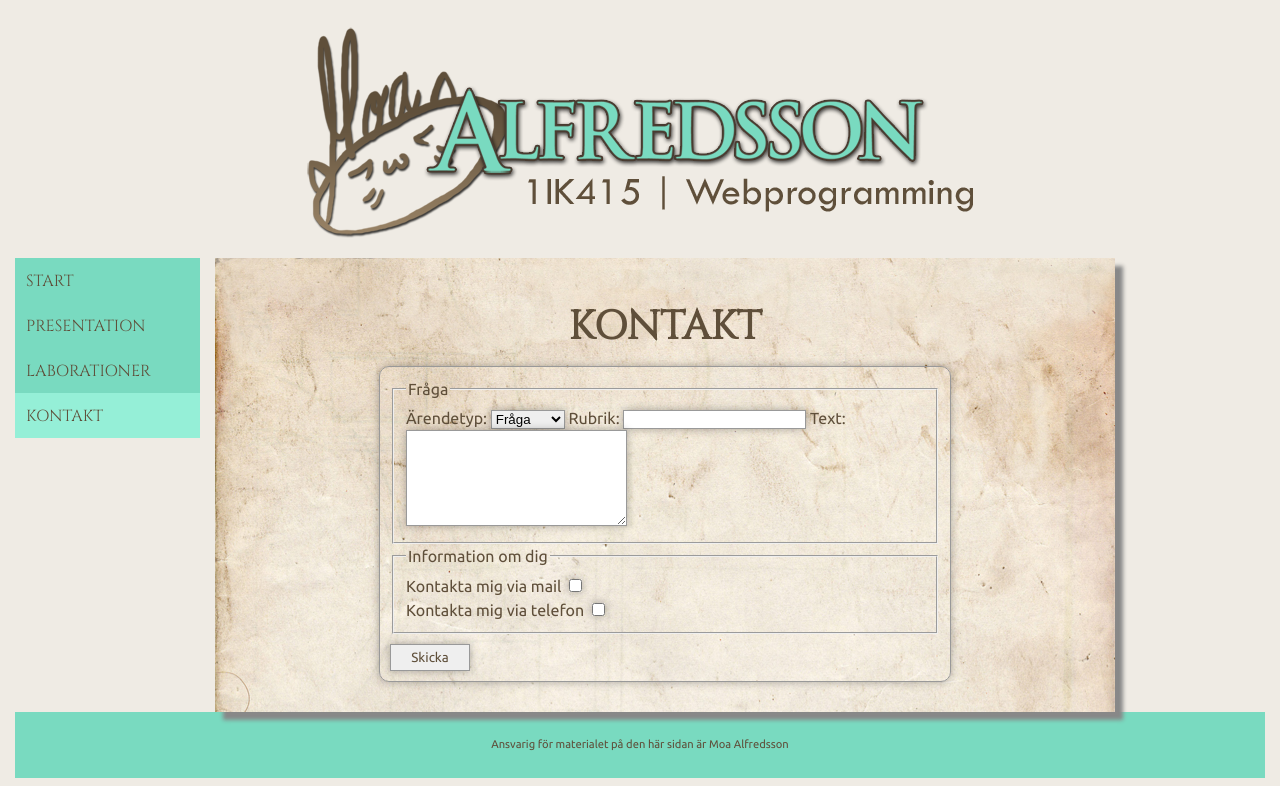
Repository: ma223md/1ik415
Page: pages/kontakt.html
The author's editor kept a record of every edit. The page is drawn from the files as they stood at one moment, then again after the next edit.
The browser window is 1280 px wide. The pictures show the whole page.

Above is the page before.

After the next edit:
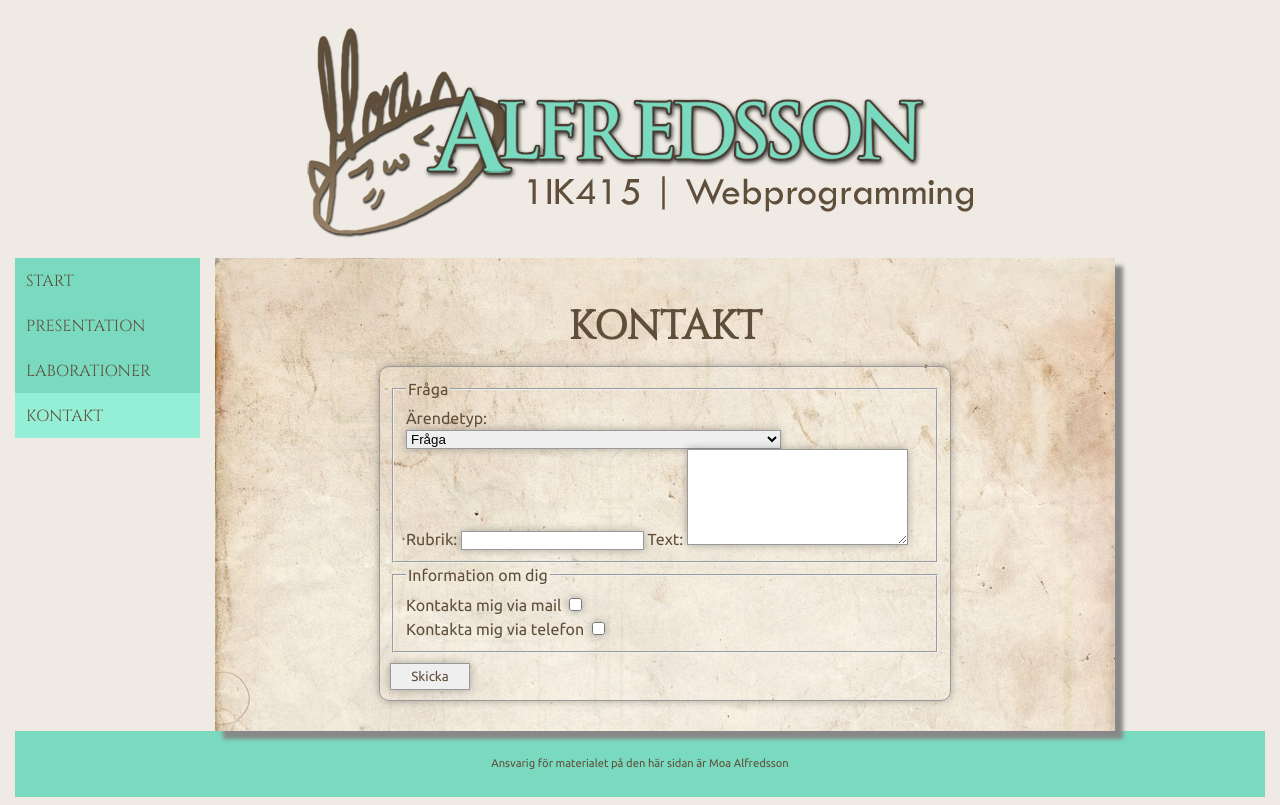
The edit:
--- a/pages/kontakt.html
+++ b/pages/kontakt.html
@@ -26,7 +26,7 @@
                     <fieldset>
                         <legend>Fråga</legend>
                         <span>Ärendetyp:</span>
-                        <select name="errand" class="test">
+                        <select name="errand" class="fillIn">
                             <option value="question">Fråga</option>
                             <option value="greeting">Hälsning</option>
                             <option value="other">Övrigt</option>
